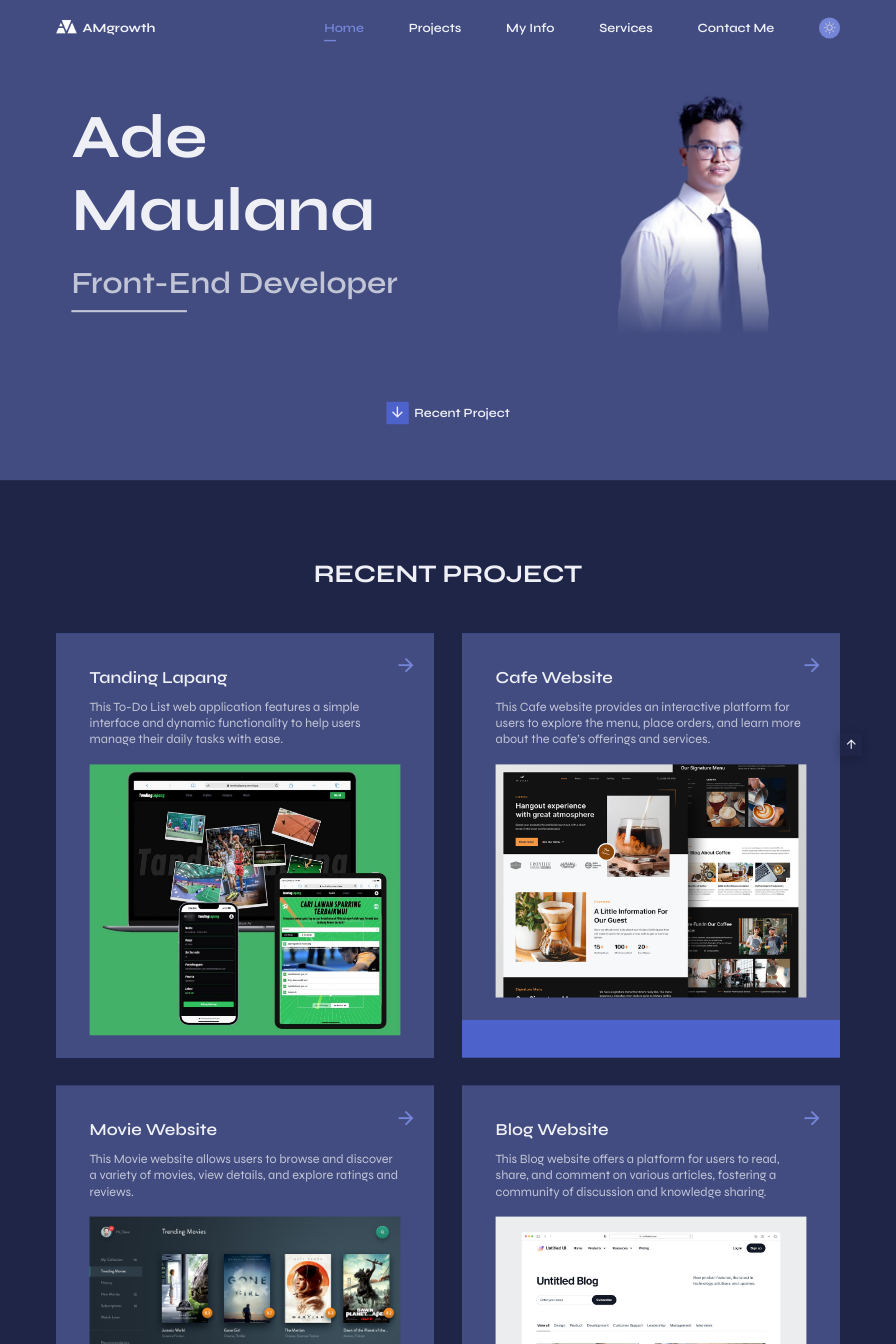
Repository: Ademaulana100499/amgrowth
Page: /
An editor plug-in stored every save of this project. The page is shown before and after the next save, followed by the edit.
The browser window is 1280 px wide. The pictures show the part of the page from y = 0 to 1920 px (the page is 7253 px tall), at 70% of full size.
Some web fonts or font styles are not loaded; a fallback is used. The project was rebuilt for these pictures with package versions that can differ from the ones it lists, and the page was loaded fresh each time. Also part of the build but not shown: vite.config.js.

Above is the page before, as saved 2025-02-19 15:48:17.

After the next save:
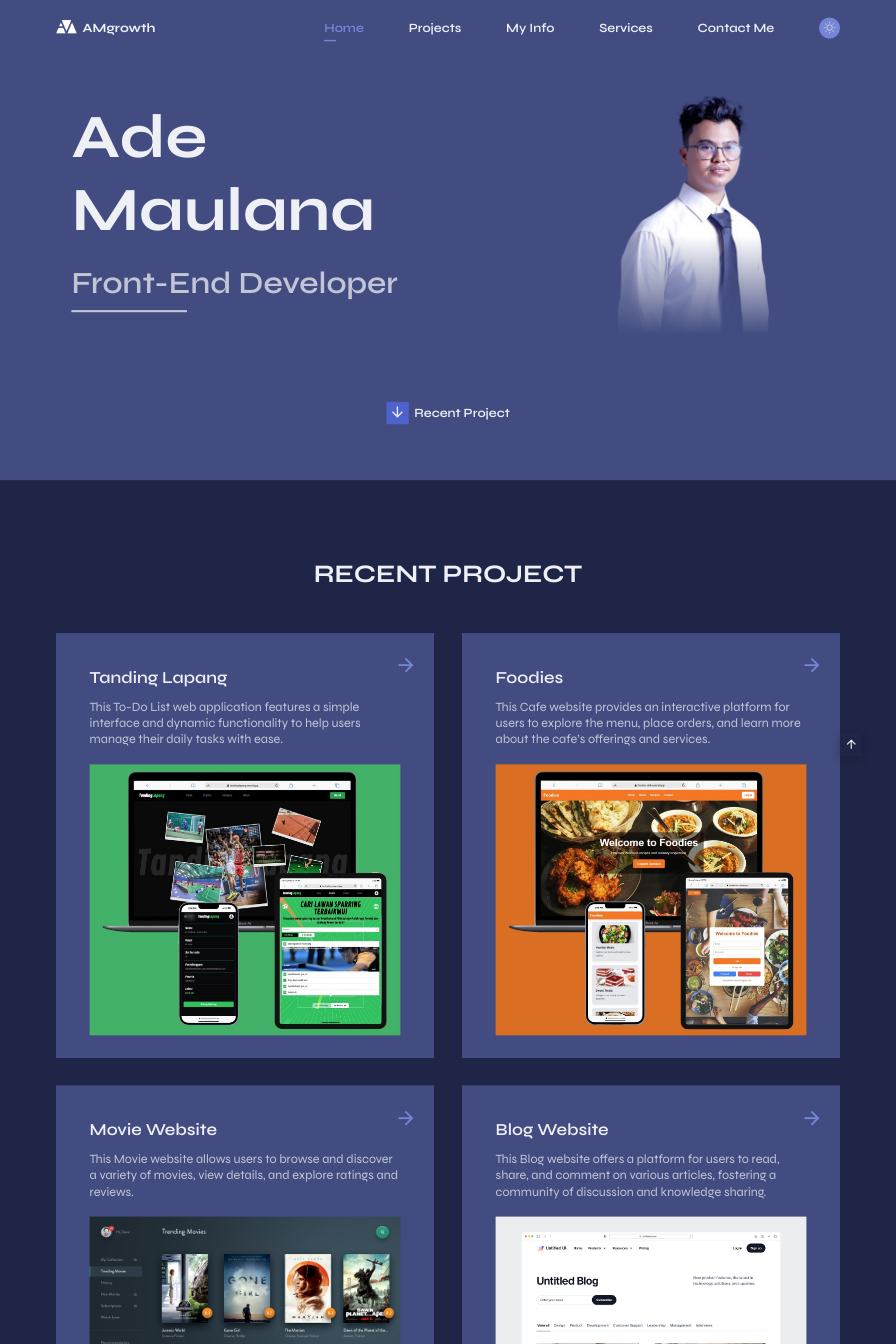
Saved 5 min 51 s later.
--- a/src/App.jsx
+++ b/src/App.jsx
@@ -35,10 +35,10 @@
     },
     {
       id: 2,
-      title: "Cafe Website",
+      title: "Foodies",
       description:
         "This Cafe website provides an interactive platform for users to explore the menu, place orders, and learn more about the cafe’s offerings and services.",
-      image: "/assets/img/cafe web.jpg",
+      image: "/assets/img/foodies.jpg",
     },
     {
       id: 3,
